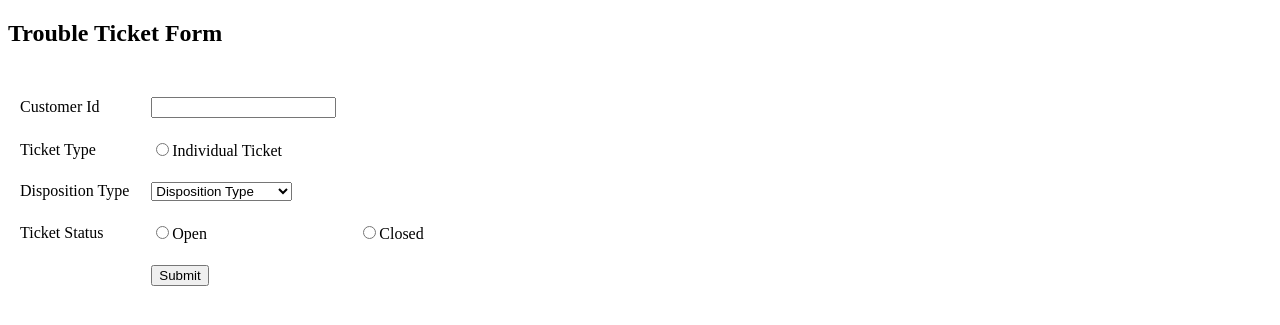
Repository: ApoorvaVeluri/JavaProject
Page: http://localhost/userinterface/Input.jsp
The author's editor kept a copy of each file at every save. The page is drawn from the files as they stood at one save, then again after the next save.
The browser window is 1280 px wide. The pictures show the whole page.
The page is served by Tomcat 9. Other server files are loaded and not shown.

Above is the page before, as saved 2015-08-21 04:22:59.

### html/userinterface/WebContent/Input.jsp
<%@ page language="java" contentType="text/html; charset=ISO-8859-1"
	pageEncoding="ISO-8859-1"%>
<!DOCTYPE html PUBLIC "-//W3C//DTD HTML 4.01 Transitional//EN" "http://www.w3.org/TR/html4/loose.dtd">
<html>
<head>
<meta http-equiv="Content-Type" content="text/html; charset=ISO-8859-1">
<title>Trouble Ticket</title>

<script type="text/javascript">
function showCustomer(str)
{
var xmlhttp;
alert("hi");
if (str=="")
  {
  document.getElementById("txtHint").innerHTML="";
  return;
  }
if (window.XMLHttpRequest)
  {// code for IE7+, Firefox, Chrome, Opera, Safari
  xmlhttp=new XMLHttpRequest();
  }
else
  {// code for IE6, IE5
  xmlhttp=new ActiveXObject("Microsoft.XMLHTTP");
  }
xmlhttp.onreadystatechange=function()
  {
  if (xmlhttp.readyState==4 && xmlhttp.status==200)
    {
    document.getElementById("txtHint").innerHTML=xmlhttp.responseText;
    }
  }
xmlhttp.open("GET","ProjIndex.jsp?nm="+str,true);
xmlhttp.send();
}

</script>
</head>
<body>
	<h2>Trouble Ticket Form</h2>
	<form method="POST" action="">
		<table cellpadding="10">

			<tr>
				<td>Customer Id</td>
				<br>
				<td><input type="text" name="customerid" /></td>
			</tr>
			</div>

			<tr>
				<td>Ticket Type</td>
				<td><input type="radio" name="ticket_type" value="ticket_type" />Individual
					Ticket</td>

			</tr>


			<tr>
				<td>Disposition Type</td>
				<td><select>
						<option value="" disabled selected>Disposition Type</option>
						<option value="Technician Dispatch">Technician Dispatch</option>
						<option value="Device Dispatch">Device Dispatch</option>
						<option value="Not Applicable">Not Applicable</option>
				</select></td>
			</tr>

			<tr>
				<td>Ticket Status</td>
				<td><input type="radio" name="ticket_status"
					value="ticket_status" />Open</td>
				<td><input type="radio" name="ticket_status"
					value="ticket_status" />Closed</td>
			</tr>

			<tr>
				<td><div class="buttonHolder">

						<td colspan="2"><input type="submit" value="Submit"
							id="btn_s" onclick=""/></td>

					</div>
			</tr>



		</table>
	</form>
</body>
</html>

After the next save:
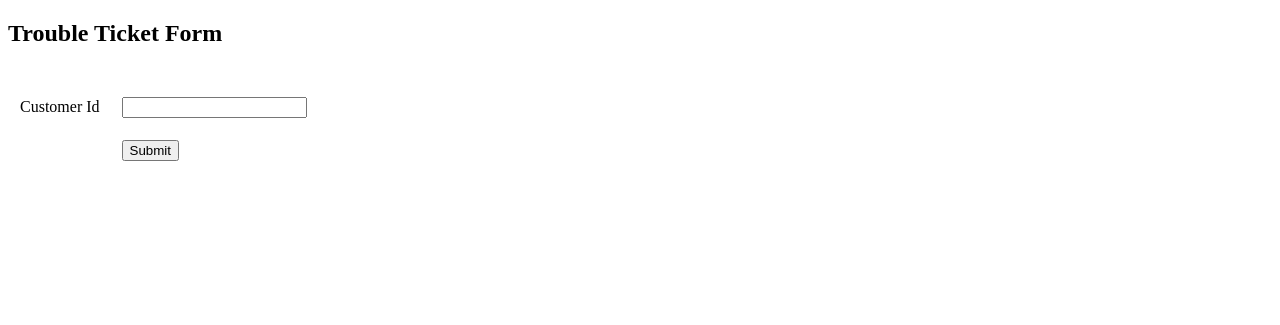
Saved 10 min 25 s later.
--- a/html/userinterface/WebContent/Input.jsp
+++ b/html/userinterface/WebContent/Input.jsp
@@ -49,37 +49,12 @@ xmlhttp.send();
 			</tr>
 			</div>
 
-			<tr>
-				<td>Ticket Type</td>
-				<td><input type="radio" name="ticket_type" value="ticket_type" />Individual
-					Ticket</td>
-
-			</tr>
-
-
-			<tr>
-				<td>Disposition Type</td>
-				<td><select>
-						<option value="" disabled selected>Disposition Type</option>
-						<option value="Technician Dispatch">Technician Dispatch</option>
-						<option value="Device Dispatch">Device Dispatch</option>
-						<option value="Not Applicable">Not Applicable</option>
-				</select></td>
-			</tr>
-
-			<tr>
-				<td>Ticket Status</td>
-				<td><input type="radio" name="ticket_status"
-					value="ticket_status" />Open</td>
-				<td><input type="radio" name="ticket_status"
-					value="ticket_status" />Closed</td>
-			</tr>
 
 			<tr>
 				<td><div class="buttonHolder">
 
 						<td colspan="2"><input type="submit" value="Submit"
-							id="btn_s" onclick=""/></td>
+							id="btn_s" onKey=""/></td>
 
 					</div>
 			</tr>
